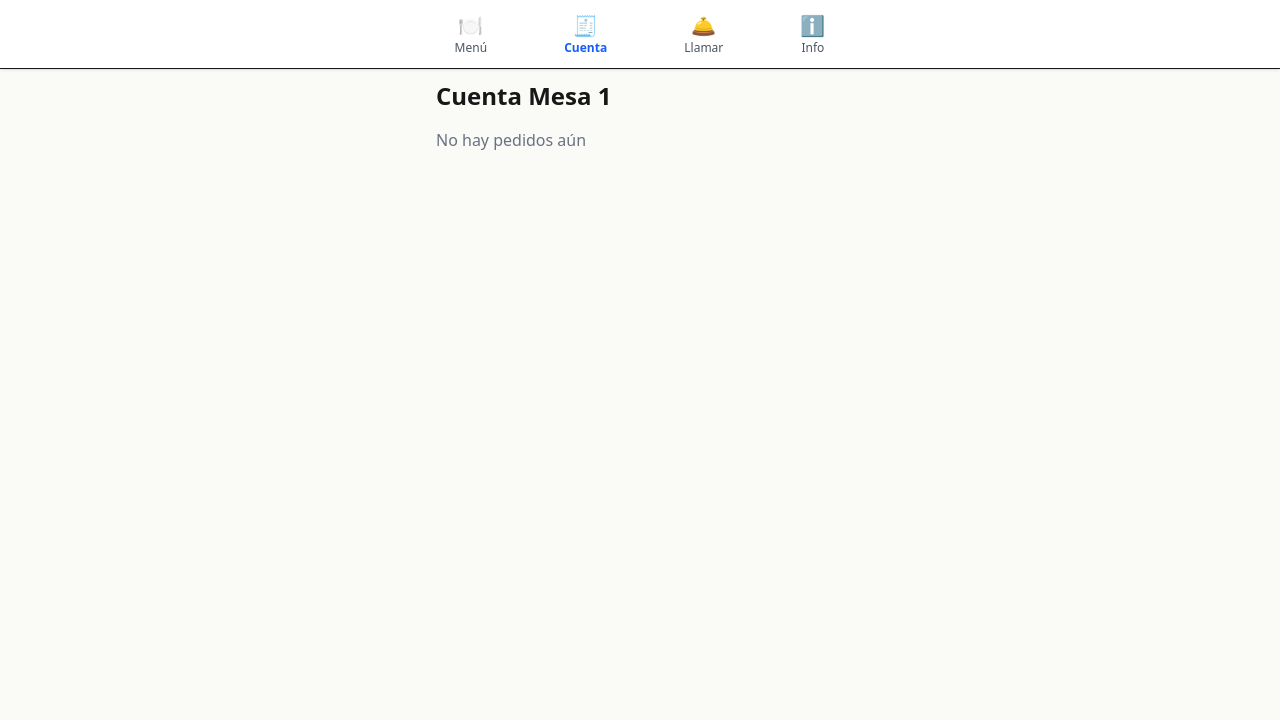
Repository: jrcardenas/sirvaapp
Page: /mesa/1/cuenta
An editor plug-in stored every save of this project. The page is shown before and after the next save, followed by the edit.
The browser window is 1280 px wide. The pictures show the whole page.
The project was rebuilt for these pictures with package versions that can differ from the ones it lists, and the page was loaded fresh each time. The framework's server and built-in components were replaced by stand-ins that run in the browser. Also part of the build but not shown: next.config.ts.

Above is the page before, as saved 2025-11-02 19:57:21.

After the next save:
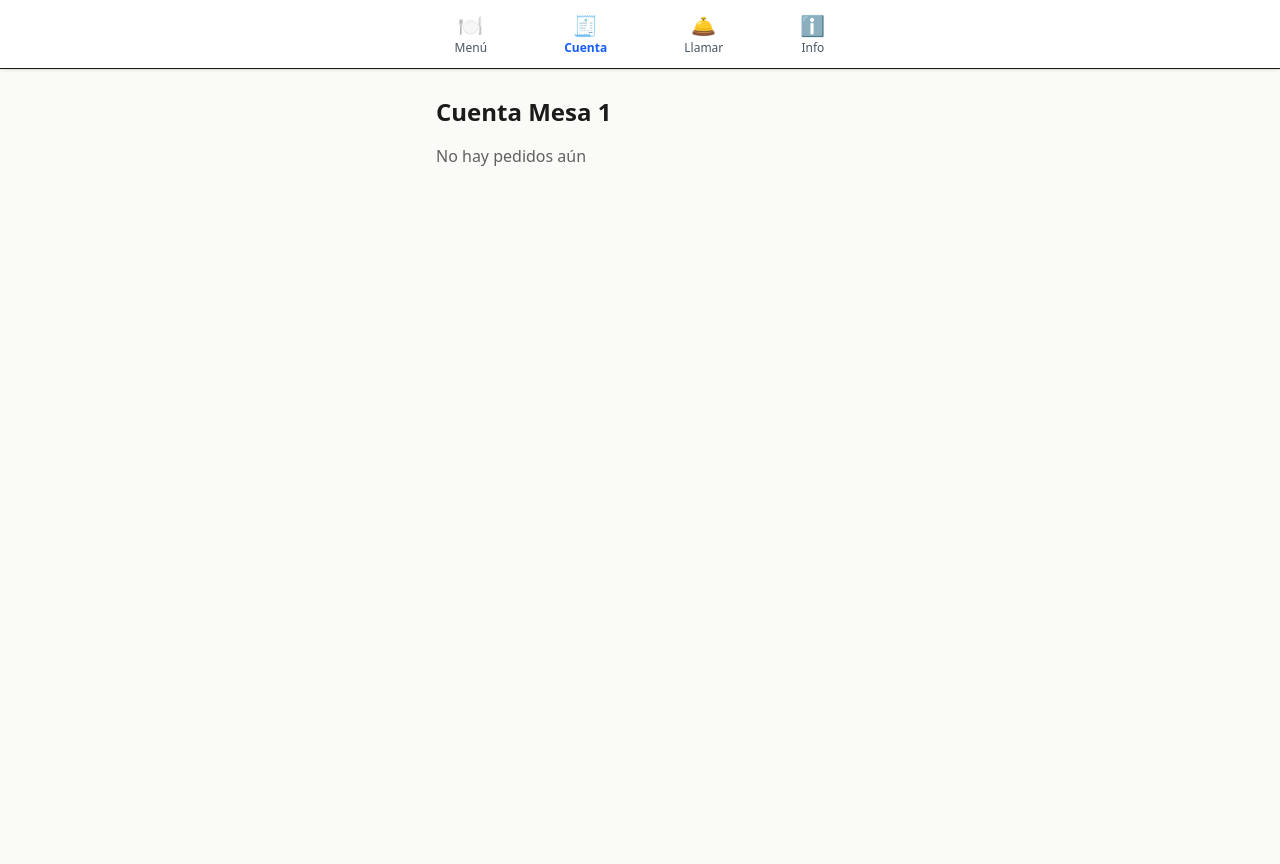
Saved 3 min 17 s later.
--- a/app/mesa/[id]/cuenta/page.tsx
+++ b/app/mesa/[id]/cuenta/page.tsx
@@ -10,32 +10,39 @@ export default function CuentaPage() {
   const total = items.reduce((acc, i) => acc + i.price * i.qty, 0);
 
   return (
-    <main className="p-5 max-w-md mx-auto pt-16">
-      <h1 className="text-2xl font-bold mb-4">Cuenta Mesa {mesaId}</h1>
+    <main className="min-h-screen bg-[var(--color-background)] p-5 max-w-md mx-auto pt-20">
+      <h1 className="text-2xl font-bold mb-4 text-[var(--color-text-dark)]">
+        Cuenta Mesa {mesaId}
+      </h1>
 
       {items.length === 0 ? (
-        <p className="text-gray-500">No hay pedidos aún</p>
+        <p className="text-[var(--color-text-muted)]">
+          No hay pedidos aún
+        </p>
       ) : (
-        <div className="space-y-2">
+        <div className="space-y-3">
           {items.map((i, idx) => (
             <div
               key={idx}
-              className="flex justify-between bg-white p-3 rounded-lg shadow-sm"
+              className="flex justify-between items-center bg-[var(--color-surface)] p-3 rounded-lg shadow-sm border border-[var(--color-border)]"
             >
-              <span>
+              <span className="text-[var(--color-text-dark)]">
                 {i.qty} x {i.name}
               </span>
-              <span className="font-semibold">
+
+              <span className="font-semibold text-[var(--color-text-price)]">
                 {(i.price * i.qty).toFixed(2)} €
               </span>
             </div>
           ))}
 
-          <hr className="my-3" />
+          <div className="border-t border-[var(--color-border)] my-3"></div>
 
-          <div className="flex justify-between text-lg font-bold">
+          <div className="flex justify-between text-xl font-bold text-[var(--color-text-dark)]">
             <span>Total:</span>
-            <span>{total.toFixed(2)} €</span>
+            <span className="text-[var(--color-text-price)]">
+              {total.toFixed(2)} €
+            </span>
           </div>
         </div>
       )}
